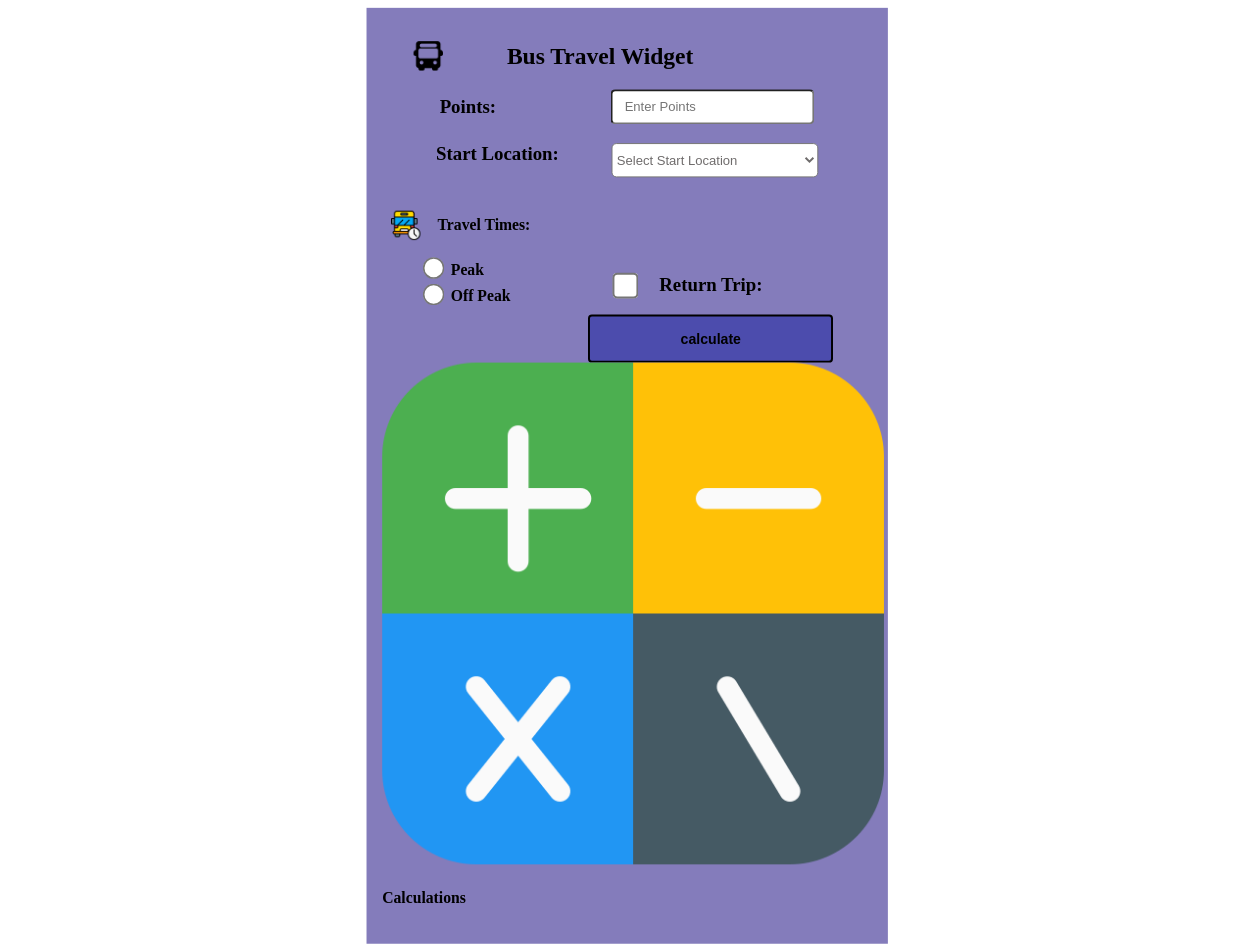
Repository: lasity34/bus_travel
Page: index.html
These files come from the project's save history. The page is drawn as it stood at one moment and after the next save; the edit follows.
The browser window is 1280 px wide. The pictures show the whole page, at 98% of full size.

Above is the page before, as saved 2023-05-31 12:10:49.

### index.html
<!DOCTYPE html>
<html lang="en">
  <head>
    <meta charset="UTF-8" />
    <meta http-equiv="X-UA-Compatible" content="IE=edge" />
    <meta name="viewport" content="width=device-width, initial-scale=1.0" />
    <link href="./style.css" rel="stylesheet" />
    <title>Bus travel</title>
  </head>
  <body>
    <div class="widget_container">
      <header>
        <img src="./images/bus.png" width="30" height="30" />
        <h2>Bus Travel Widget</h2>
      </header>
      <section>
        <div class="points_container">
          <label for="points">Points:</label>
          <input
            type="number"
            name="points"
            id="points"
            placeholder="Enter Points"
          />
        </div>
        <div class="start_location_container">
          <label for="dropdown">Start Location:</label>
          <select id="dropdown" name="dropdown">
            <option value="select_location">Select Start Location</option>
            <option value="atlantis">Atlantis</option>
            <option value="pinelands">Pinelands</option>
            <option value="milnerton">Milnerton</option>
          </select>
        </div>
      </section>
      <section class="calculate_container">
        <div class="calculate_title">
          <img src="./images/bus_time.png" width="30" height="30" />
          <h4>Travel Times:</h4>
        </div>
        <div class="input_container">
          <div class="calculate_input">
            <input type="radio" id="peak" name="time" value="peak" />
            <label for="peak">Peak</label><br />
            <input type="radio" id="off-peak" name="time" value="off-peak" />
            <label for="off-peak">Off Peak</label><br />
          </div>
          <div class="check_calculate">
            <div class="check_box">
              <input type="checkbox" name="return" />
              <h4>Return Trip:</h4>
            </div>
            <button class="calculate_btn">calculate</button>
          </div>
        </div>
      </section>
      <section class="display_container">
        <div class="display_title">
          <img src="./images/calculator.png" />
          <h4>Calculations</h4>
        </div>
      </section>

      <script src="./bus_travel_factory.js"></script>
      <script src="./bus_travel.js"></script>
    </div>
  </body>
</html>

### style.css


.widget_container {
   margin: 0 auto;
   display: flex;
   flex-direction: column;
   justify-content: center;
    background-color: rgb(132, 124, 187);
    width: 70%;
    max-width: 500px;
    font-weight: bold;
    padding: 1em;
}

header {
    display: flex;
    align-items: center;
    justify-content: space-around;
    width: 70%;
}

.points_container  {
    display: flex;
    width: 100%;
    justify-content: space-around;
    align-items: center;
}

.points_container label {
    font-size: 1.2rem;
}

.points_container input {
    border-radius: 5px;
    height: 30px;
    text-indent: 10px;
    width: 40%;
}

input[type='number']::-webkit-inner-spin-button,
input[type='number']::-webkit-outer-spin-button {
    -webkit-appearance: none;
    margin: 0;
}

input[type='number'] {
    -moz-appearance: textfield;
}

.start_location_container {
    padding: 1em 0;
    display: flex;
    margin: 0 auto;
    justify-content: space-between;
    width: 78%;
    font-size: 1.2rem;
    max-width: 500px;
}

select {
    background-color: white;
    width: 54%;
    height: 35px;
    border-radius: 5px;
    color: rgb(111, 108, 108);
}

option {
    font-weight: lighter;

}

button {
    background-color: #4c4cad; /* Dark Blue */
    border: 2px solid black;
    color: black;
    text-align: center;
    display: inline-block;
    font-size: 0.9rem;
    font-weight: 700;
    transition-duration: 0.4s;
    cursor: pointer;
    padding: 1em;
    border-radius: 4px;
    width: 100%;
    margin: 0 auto;
  }

  button:hover {
    background-color: #0000FF; /* Blue */
    color: white;
  }

  .calculate_title {
    display: flex;
    width: 32%;
    justify-content: space-around;
    align-content: center;
  }

  .calculate_title img {
    align-self: center;
  }

  input[type="radio"], input[type="checkbox"] {
    transform: scale(1.7); /* Adjust the scale factor as needed */
    margin: 0.5em;
}

input[type="checkbox"] {
    border: 1px solid black;
}

.input_container {
    display: flex;
    justify-content: space-around;
}

.check_calculate {
    width: 50%;
}

.check_box {
    display: flex;
    justify-content: center;
    width: 80%;
    transform: scale(1.2)
}

.check_box h4 {
    margin-left: 1em;
}

### bus_travel_factory.js
// create input for points
// create function for bus location
// create function for peak times
//  need to calculate how many single trips
// need to calculate cost for single trip
//  need to calculate return trip
// need calculate how many return trips

function bus_travel_factory() {

    let points = 0
    let location = "";
    let peak = false
    let number_of_trips = 0

    function points_input(input) {
        points = input
    }

    function peak_times(input) {
        if (input === 'peak') {
           peak = true
        } else if (input === 'off-peak') {
            peak = false
        }
       }


    function bus_location(input) {
        let reduction
        if (input === "milnerton") {
            location = "milnerton"
            reduction = 20
        } else if (input === "atlantis") {
            location = 'atlantis'
            reduction = 30
        } else if (input === 'pinelands') {
            location = 'pinelands'
            reduction = 15
        } else if (input === 'select_location') {
            location = 'select_location'
        }

        if (peak) {
            reduction = reduction * 1.25
        }
        console.log(reduction)
        number_of_trips = Math.floor(points / reduction)

    }





    function points_value() {
        return points
    }

    function location_return() {
        return location
    }

    function number_trips() {
        return number_of_trips
    }


    return {
        points_input,
        points_value,
        bus_location,
        location_return,
        peak_times,
        number_trips
    }
}

### bus_travel.js

const points_value = document.querySelector("#points").value
const calculate_btn = document.querySelector(".calculate_btn")
const location_select = document.querySelector("#dropdown")

const bus_instance = bus_travel_factory()

function bus_travel() {

    bus_instance.points_input(points_value)
}

function bus_location() {
    const selected_value = this.value
    bus_instance.bus_location(selected_value)
}

location_select.addEventListener("change", bus_location)


calculate_btn.addEventListener("click", bus_travel)

After the next save:
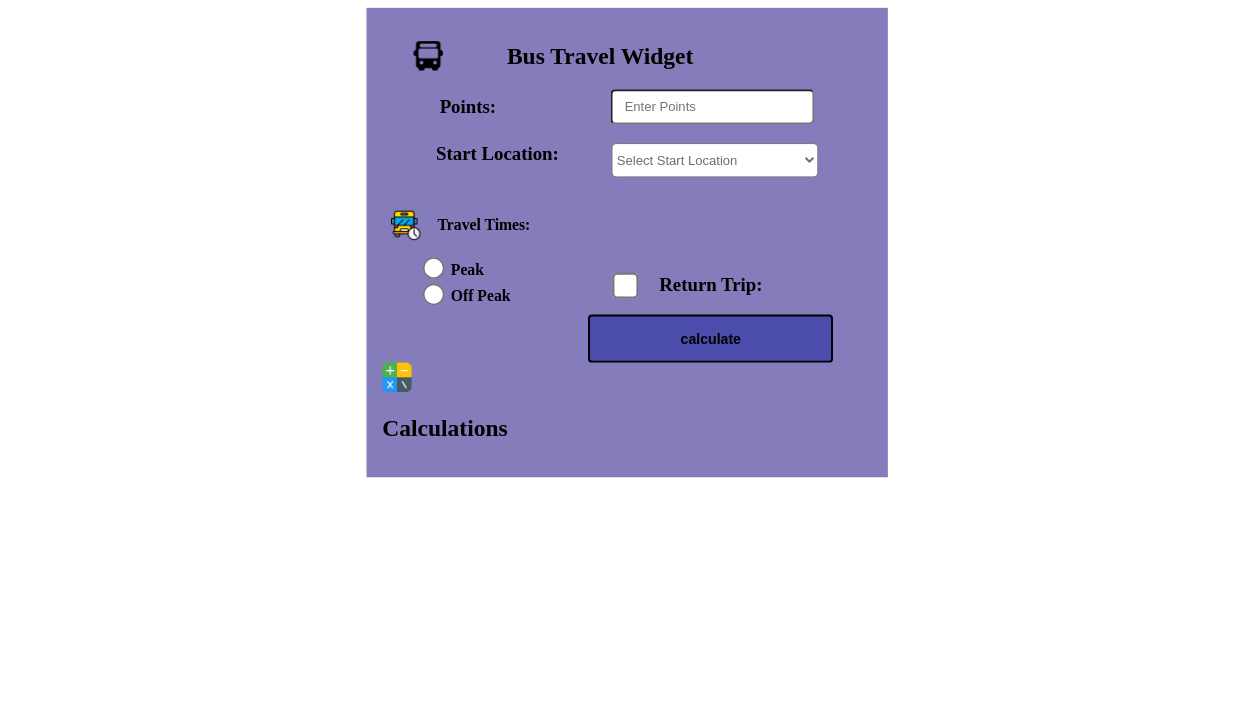
Saved 63 s later.
--- a/index.html
+++ b/index.html
@@ -56,8 +56,8 @@
       </section>
       <section class="display_container">
         <div class="display_title">
-          <img src="./images/calculator.png" />
-          <h4>Calculations</h4>
+          <img src="./images/calculator.png" width="30" height="30" />
+          <h2>Calculations</h2>
         </div>
       </section>
 
